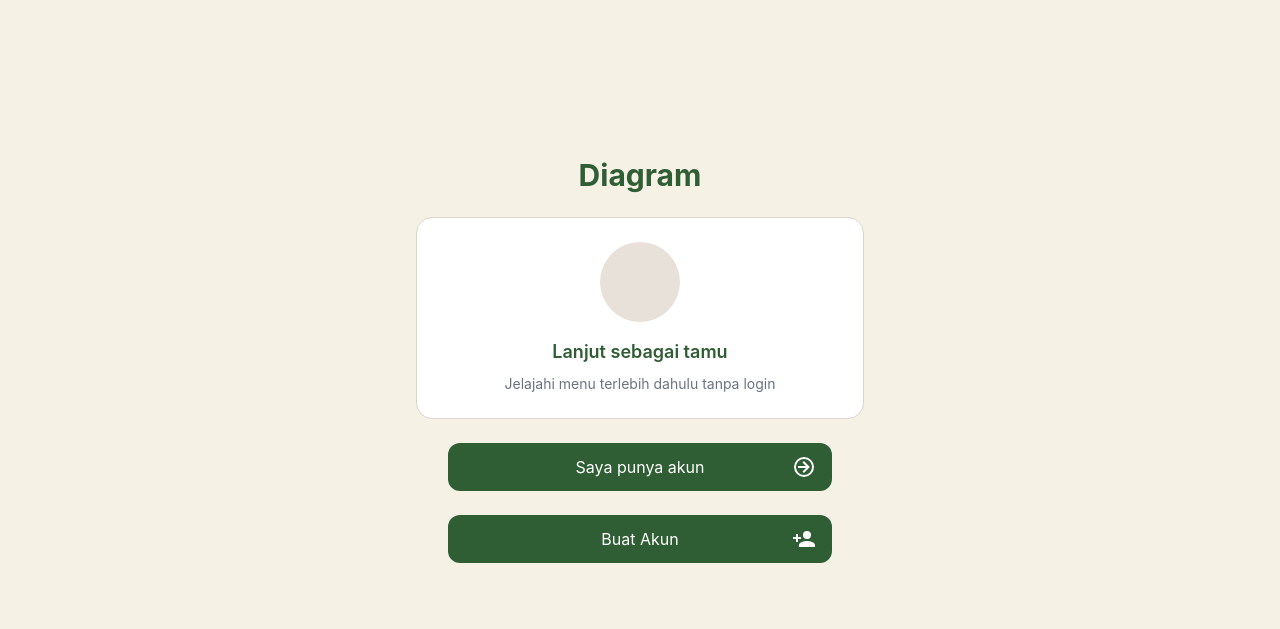
Repository: PajarAland/DiagramCoffee
Page: /
An editor plug-in stored every save of this project. The page is shown before and after the next save, followed by the edit.
The browser window is 1280 px wide. The pictures show the whole page.
The page's requests for data from a server got no answer. The project was rebuilt for these pictures with package versions that can differ from the ones it lists, and the page was loaded fresh each time. Some packages were replaced by stand-ins written for this rebuild. No one was signed in, and anything a server would have sent is missing. Also part of the build but not shown: vite.config.js, src/pages/Login.jsx, src/pages/Register.jsx, src/pages/Home.jsx, src/auth/ProtectedRoute.jsx.

Above is the page before, as saved 2026-04-26 17:55:12.

After the next save:
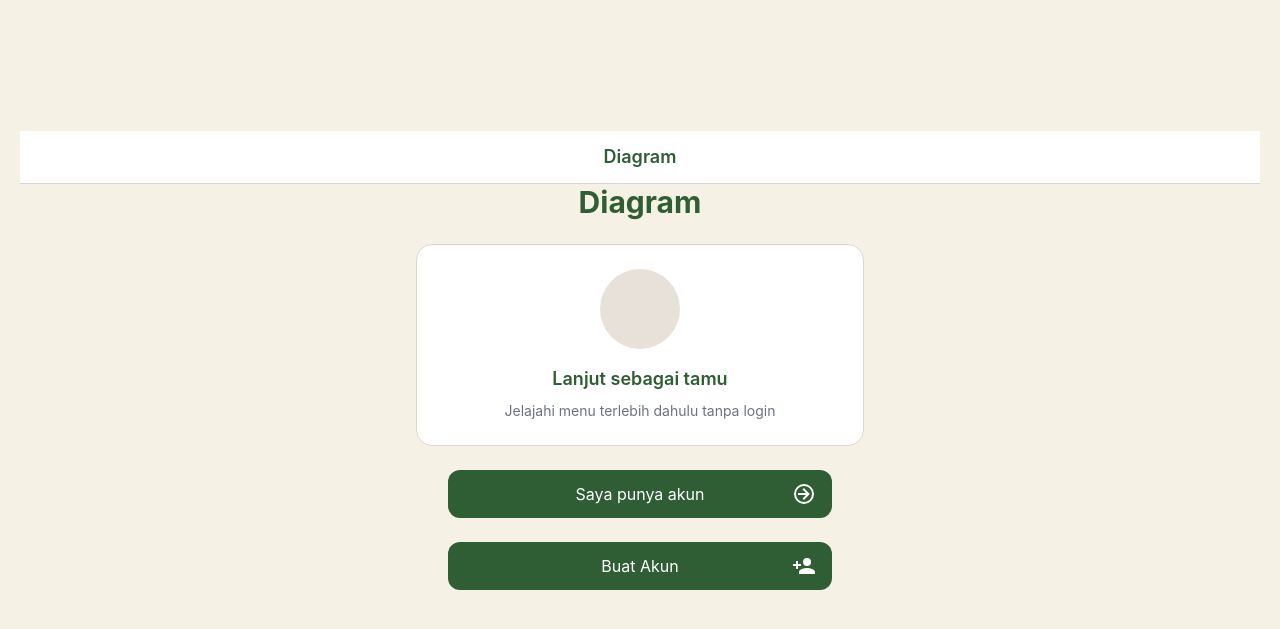
Saved 95 s later.
--- a/src/pages/Landing.jsx
+++ b/src/pages/Landing.jsx
@@ -9,7 +9,7 @@ function Landing() {
 
   return (
     <div className="min-h-screen bg-[#F5F1E5] flex flex-col items-center justify-center px-5">
-
+      <Navbar title="Diagram" />
       <h1 className="text-3xl font-bold text-[#2F5D34] mb-6">
         Diagram
       </h1>
